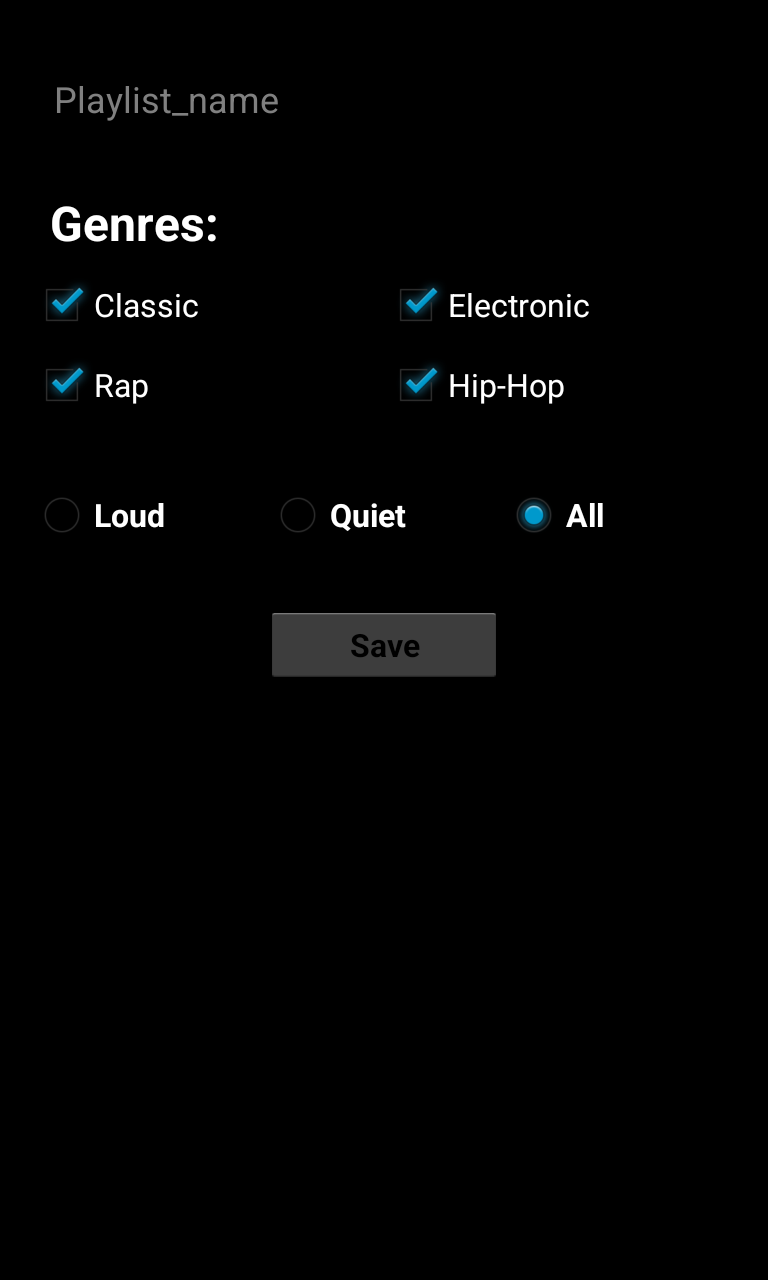
Repository: ohadsch/AwesomePlaylists
Layout: AwesomePlaylists/res/layout/activity_add_edit_playlist.xml
The author's editor kept a copy of each file at every save. The layout is drawn from the files as they stood at one save, then again after the next save.
It is drawn on a 768 x 1280 px phone screen (xhdpi) without system bars, with theme AppTheme; the app's code is not run.

Above is the layout before, as saved 2014-05-04 08:50:10.

After the next save:
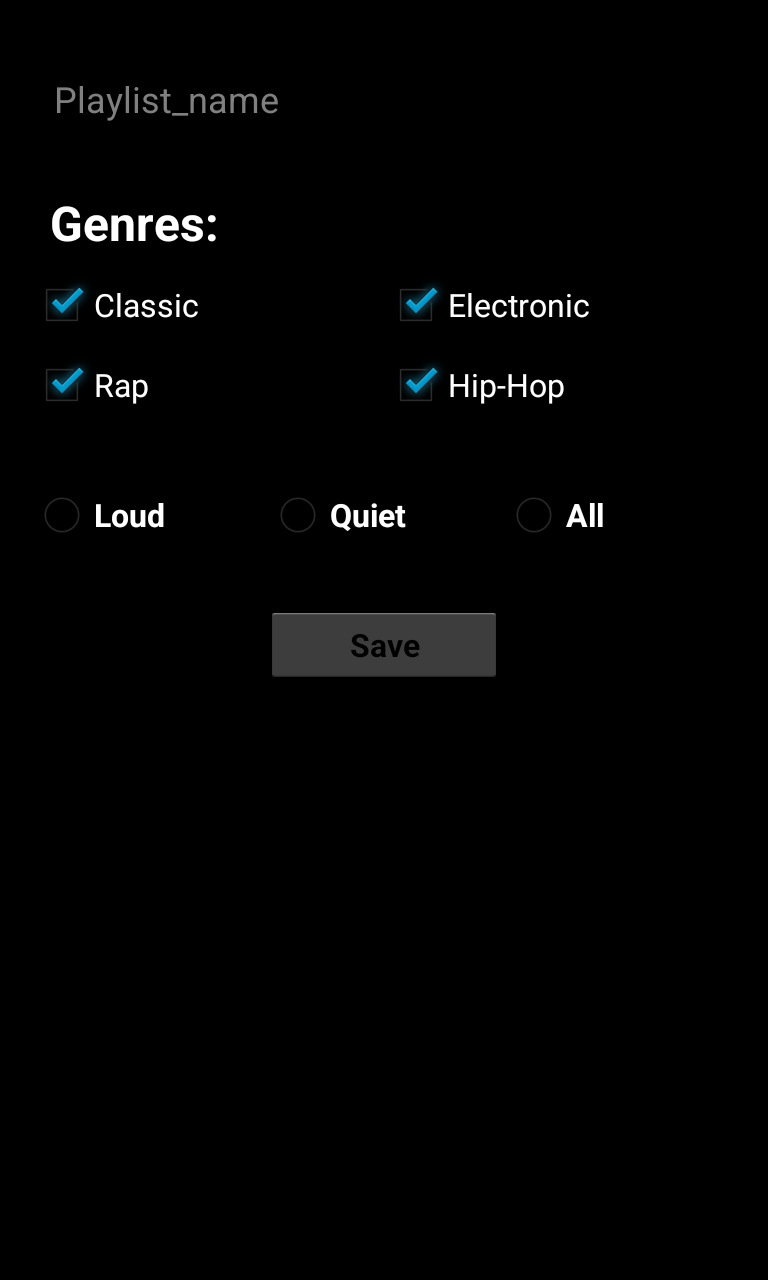
Saved 37 s later.
--- a/AwesomePlaylists/res/layout/activity_add_edit_playlist.xml
+++ b/AwesomePlaylists/res/layout/activity_add_edit_playlist.xml
@@ -85,6 +85,7 @@
 		android:checkedButton="@+id/radio_all" >
 
 		<RadioButton
+		    android:id="@+id/add_edit_radio_loud"
 			android:text="Loud"
 			android:layout_height="40dp"
 			android:layout_width="0dp"
@@ -93,6 +94,7 @@
         	android:textStyle="bold"
 			android:textColor="@android:color/white" />
 		<RadioButton
+		    android:id="@+id/add_edit_radio_quiet"
 			android:text="Quiet"
 			android:layout_height="40dp"
 			android:layout_width="0dp"
@@ -101,7 +103,7 @@
         	android:textStyle="bold"
 			android:textColor="@android:color/white" />
 		<RadioButton
-		    android:id="@+id/radio_all"
+		    android:id="@+id/add_edit_radio_all"
 			android:text="All"
 			android:layout_height="40dp"
 			android:layout_width="0dp"
